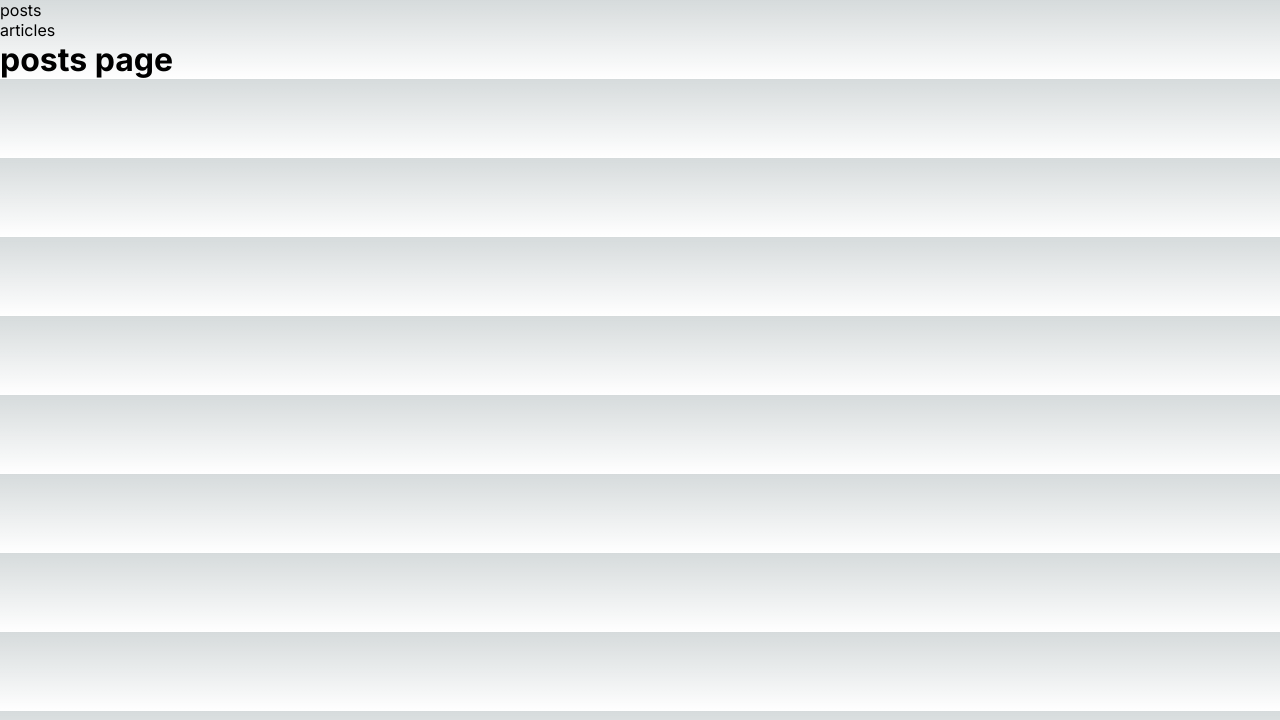
Repository: abdulrahmanmahmood/The-first-Next-js-app
Page: /posts
The author's editor kept a copy of each file at every save. The page is drawn from the files as they stood at one save, then again after a run of saves.
The browser window is 1280 px wide. The pictures show the whole page.
The project was rebuilt for these pictures with package versions that can differ from the ones it lists, and the page was loaded fresh each time. The framework's server and built-in components were replaced by stand-ins that run in the browser. Also part of the build but not shown: next.config.js.

Above is the page before, as saved 2023-10-29 23:18:33.

After the next 2 saves:
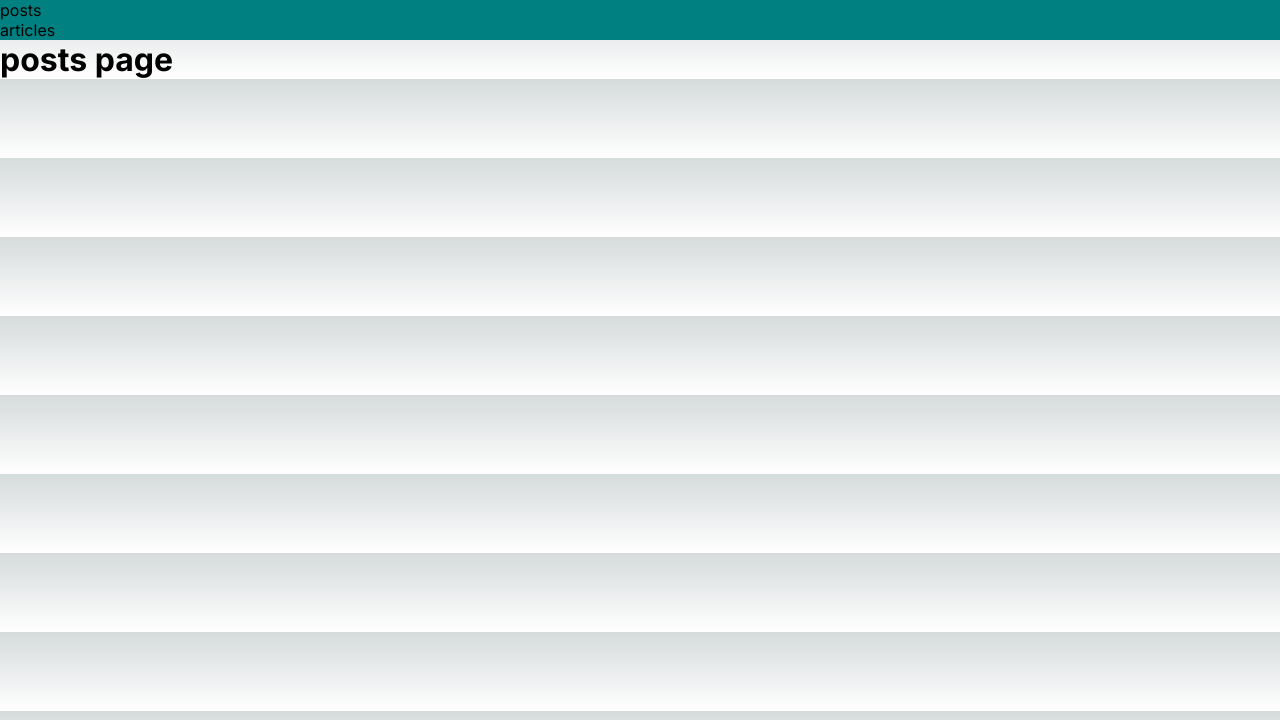
The 2 saves are shown as one change because 1 did not build or start.
The last was saved 12 s later.
--- a/app/layout.js
+++ b/app/layout.js
@@ -13,7 +13,7 @@ export default function RootLayout({ children }) {
   return (
     <html lang="en">
       <body className={inter.className}>
-        <nav style={{width:"100%"}}>
+        <nav style={{width:"100%", background:"teal"}}>
           <ul>
             <li><Link href="/posts">
             posts
